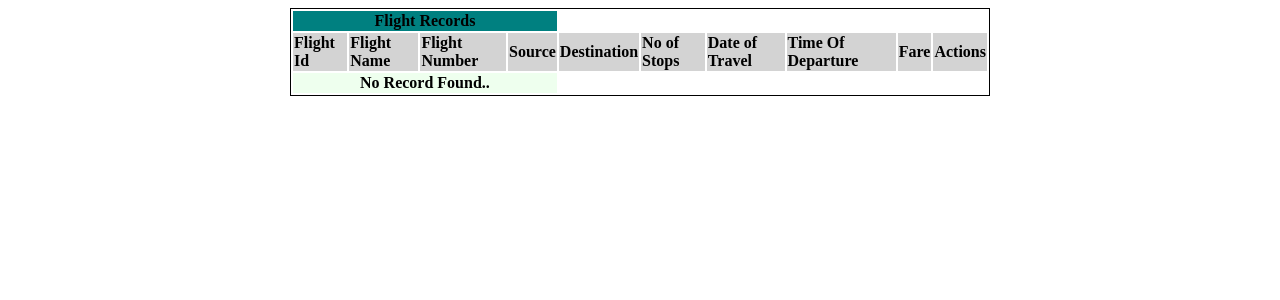
Repository: pawankas/Java_Mini_Project
Page: http://localhost/AirReservation/SearchView.jsp
These files come from the project's save history. The page is drawn as it stood at one moment and after the next save; the edit follows.
The browser window is 1280 px wide. The pictures show the whole page.
The page is served by Tomcat 9. Other server files are loaded and not shown. The template is opened directly, without the code that normally fills it, so the values that code supplies are empty.

Above is the page before, as saved 2022-03-17 17:35:11.

### Mini_Project_Java/AirReservation/WebContent/SearchView.jsp
<%@ page import="java.util.*" %>
 <%@page contentType="text/html" pageEncoding="UTF-8"%>
<!DOCTYPE HTML>
<html>
    <head>
    </head>
    <body>
        <table width="700px" align="center"
               style="border:1px solid #000000;">
            <tr>
                <td colspan=4 align="center"
                    style="background-color:teal">
                    <b>Flight Records</b></td>
            </tr>
            <tr style="background-color:lightgrey;">
                <td><b>Flight Id</b></td>
                <td><b>Flight Name</b></td>
                <td><b>Flight Number</b></td>
                <td><b>Source</b></td>
                <td><b>Destination</b></td>
                <td><b>No of Stops</b></td>
                <td><b>Date of Travel</b></td>
                <td><b>Time Of Departure</b></td>
                <td><b>Fare</b></td>
                <th>Actions</th>
            </tr>

            <%
                int count = 0;
                String color = "";
                if (request.getAttribute("flightList") != null) {
                    ArrayList al = (ArrayList) request.getAttribute("flightList");
                    System.out.println(al);
                    Iterator itr = al.iterator();
                    while (itr.hasNext()) {

                        if ((count % 2) == 0) {
                            color = "";
                        }
                        count++;
                        ArrayList flightList = (ArrayList) itr.next();
            %>
            <tr style="background-color:<%=color%>;">
                <td><%=flightList.get(0)%></td>
                <td><%=flightList.get(1)%></td>
                <td><%=flightList.get(2)%></td>
                <td><%=flightList.get(3)%></td>
                <td><%=flightList.get(4)%></td>
                <td><%=flightList.get(5)%></td>
                <td><%=flightList.get(6)%></td>
                <td><%=flightList.get(7)%></td>
                <td><%=flightList.get(8)%></td>

            </tr>
            <%
                    }
                }
                if (count == 0) {
            %>
            <tr>
                <td colspan=4 align="center"
                    style="background-color:#eeffee"><b>No Record Found..</b></td>
            </tr>
            <%            }
            %>
        </table>
    </body>
</html>

After the next save:
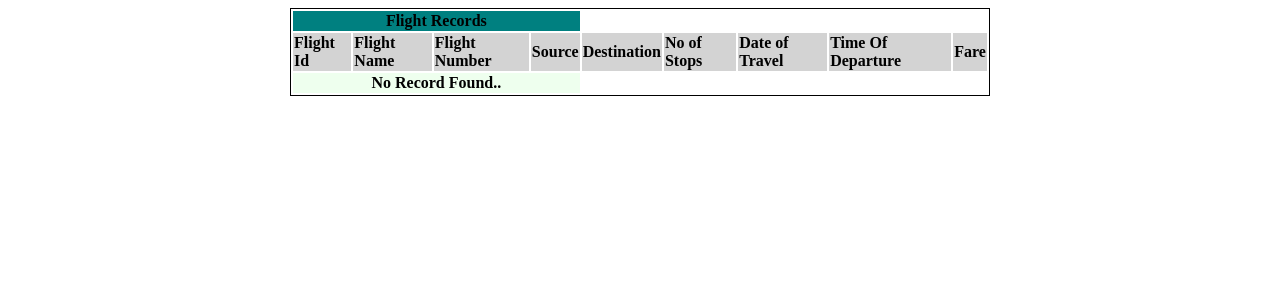
Saved 7 s later.
--- a/Mini_Project_Java/AirReservation/WebContent/SearchView.jsp
+++ b/Mini_Project_Java/AirReservation/WebContent/SearchView.jsp
@@ -22,7 +22,7 @@
                 <td><b>Date of Travel</b></td>
                 <td><b>Time Of Departure</b></td>
                 <td><b>Fare</b></td>
-                <th>Actions</th>
+
             </tr>
 
             <%
